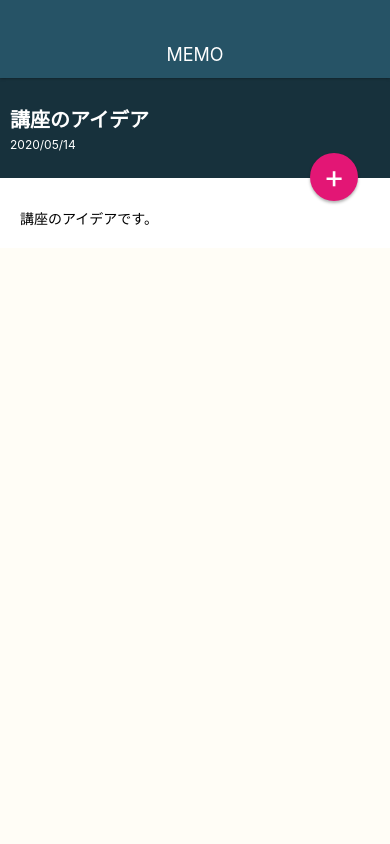
Repository: NagataRyuji0630/memo_app_for_reactNative
Page: /
An editor plug-in stored every save of this project. The page is shown before and after the next save, followed by the edit.
The browser window is 390 px wide. The pictures show the whole page.
The app was drawn by React Native's web renderer in a window 390 px wide. The project was rebuilt for these pictures with package versions that can differ from the ones it lists, and the page was loaded fresh each time. Also part of the build but not shown: src/components/MemoList.jsx, src/screens/MemoListScreen.jsx.

Above is the page before, as saved 2020-05-14 10:26:21.

### App.js
import React from 'react';
import { StyleSheet, View } from 'react-native';
import AppBar from './src/components/AppBar';
import MemoListScreen from './src/screens/MemoListScreen'
import MemoDtailScreen from './src/screens/MemoDetailScreen';


export default class App extends React.Component {
  render() {
    return (
      <View style={styles.container}>
        <AppBar />
        <MemoDtailScreen />
      </View>
    );
  }
}

const styles = StyleSheet.create({
  container: {
    flex: 1,
    backgroundColor: '#FFFDF6',
    alignItems: 'center',
    justifyContent: 'center',
    paddingTop: 78,
  },
});

### src/components/AppBar.jsx
import React from 'react';
import { Component } from 'react';
import { StyleSheet, View, Text } from 'react-native';

const styles = StyleSheet.create({
    appbar: {
        position: 'absolute',
        top: 0,
        left: 0,
        right: 0,
        height: 78,
        paddingTop: 30,
        backgroundColor: '#265366',
        justifyContent: 'center',
        alignItems: 'center',
        shadowColor: '#000',
        shadowOffset: { width: 0, height: 0 },
        shadowOpacity: 0.5,
        shadowRadius: 3,
        zIndex: 10,
    },
    appbarTitle: {
        color: '#fff',
        fontSize: 18,
    },
});

class AppBar extends Component {
    render() {
        return (
            <View style={styles.appbar}>
                <View>
                    <Text style={styles.appbarTitle}>MEMO</Text>
                </View>
            </View>
        );
    }
}

export default AppBar;

### src/screens/MemoDetailScreen.jsx
import React from 'react';
import { Component } from 'react';
import { StyleSheet, View, Text } from 'react-native';
import CircleBtn from '../elements/CircleBtn';

const styles = StyleSheet.create({
    containar: {
        flex: 1,
        width: '100%',
    },
    memoHeader: {
        height: 100,
        paddingLeft: 10,
        backgroundColor: '#17313C',
        justifyContent: 'center',
    },
    memoHeaderTitle: {
        fontSize: 20,
        fontWeight: 'bold',
        color: 'white',
        marginBottom: 4
    },
    memoHeaderDate: {
        fontSize: 12,
        color: 'white',
    },
    memoContent: {
        paddingTop: 30,
        paddingLeft: 20,
        paddingRight: 20,
        paddingBottom: 20,
        backgroundColor: 'white',
    },
    editBtn: {
        top: 75,
    }
});

class MemoDetailScreen extends Component {
    render() {
        return (
            <View style={styles.containar}>
                <View style={styles.memoHeader}>
                    <View>
                        <Text style={styles.memoHeaderTitle}>講座のアイデア</Text>
                        <Text style={styles.memoHeaderDate}>2020/05/14</Text>
                    </View>
                </View>

                <View style={styles.memoContent}>
                    <Text>講座のアイデアです。</Text>
                </View>

                <CircleBtn style={styles.editBtn}>+</CircleBtn>
            </View>
        );
    }
}

export default MemoDetailScreen;

### src/elements/CircleBtn.jsx
import React from 'react';
import { Component } from 'react';
import { StyleSheet, View, Text } from 'react-native';

const styles = StyleSheet.create({
    circleBtn: {
        position: 'absolute',
        bottom: 32,
        right: 32,
        width: 48,
        height: 48,
        borderRadius: 24,
        justifyContent: 'center',
        alignItems: 'center',
        shadowColor: '#000',
        shadowOffset: { width: 0, height: 2 },
        shadowOpacity: 0.3,
        shadowRadius: 3,
    },
    circleBtnTitle: {
        fontSize: 32,
        lineHeight: 32,
    }
});

class CircleBtn extends Component {
    render() {
        const { style, color } = this.props;

        let bgColor = '#E31675';
        let textColor = 'white';

        if (color === 'white') {
            bgColor = 'white';
            textColor = '#E31675';
        }

        return (
            <View style={[styles.circleBtn, style, { backgroundColor: bgColor }]}>
                <Text style={[styles.circleBtnTitle, { color: textColor }]}>{this.props.children}</Text>
            </View>
        );
    }
}

export default CircleBtn;

After the next save:
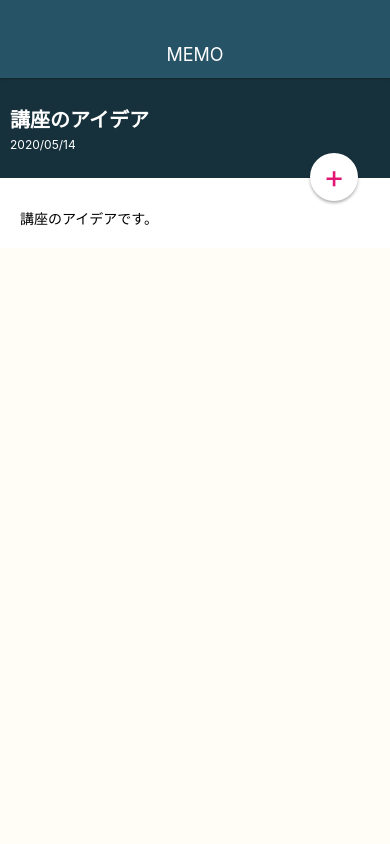
Saved 3 min 55 s later.
--- a/src/screens/MemoDetailScreen.jsx
+++ b/src/screens/MemoDetailScreen.jsx
@@ -51,7 +51,7 @@ class MemoDetailScreen extends Component {
                     <Text>講座のアイデアです。</Text>
                 </View>
 
-                <CircleBtn style={styles.editBtn}>+</CircleBtn>
+                <CircleBtn color='white' style={styles.editBtn}>+</CircleBtn>
             </View>
         );
     }
